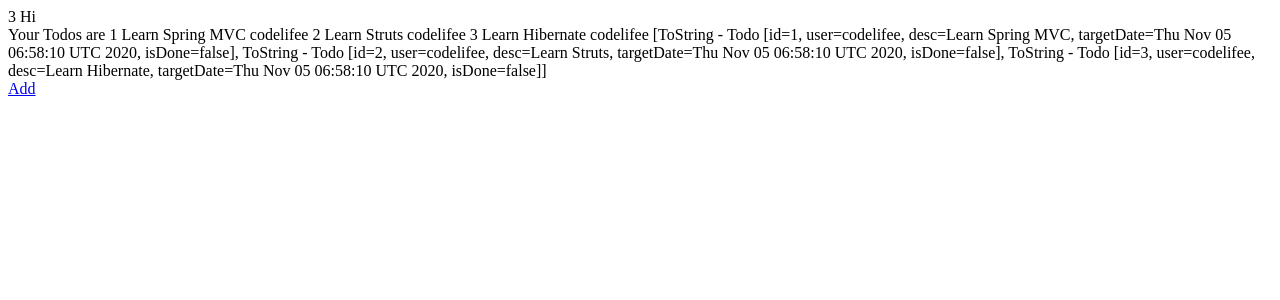
Repository: codelifee/spring-mvc-project
Page: http://localhost/springmvc/list-todos
These files come from the project's save history. The page is drawn as it stood at one moment and after the next save; the edit follows.
The browser window is 1280 px wide. The pictures show the whole page.
The page is served by Tomcat 9. Other server files are loaded and not shown. The template is opened directly, without the code that normally fills it, so the values that code supplies are empty.

Above is the page before, as saved 2020-11-16 04:03:39.

### springmvc/src/main/webapp/WEB-INF/views/list-todos.jsp
<%@ page language="java" contentType="text/html; charset=EUC-KR"
    pageEncoding="EUC-KR"%>
<%@ taglib uri="http://java.sun.com/jsp/jstl/core" prefix="c" %>
<!DOCTYPE html>3
<html>
<head>
<meta charset="EUC-KR">
<title>Insert title here</title>
</head>
<body>
Hi ${name} <br/>

Your Todos are

<!-- for(todo:todos) -->
<c:forEach items="${todos}" var="todo">
	${todo.id} ${todo.desc} ${todo.user}
</c:forEach>
${todos} <br>

<a class="button" href="/add-todo">Add</a>
</body>
</html>

After the next save:
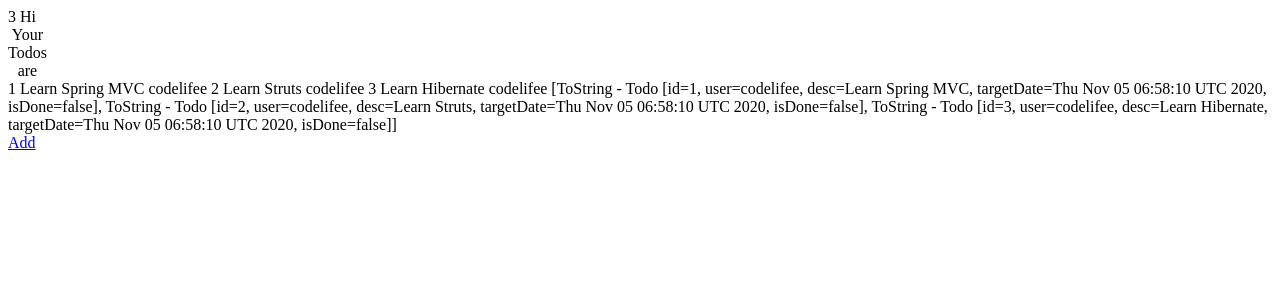
Saved 71 s later.
--- a/springmvc/src/main/webapp/WEB-INF/views/list-todos.jsp
+++ b/springmvc/src/main/webapp/WEB-INF/views/list-todos.jsp
@@ -10,7 +10,22 @@
 <body>
 Hi ${name} <br/>
 
-Your Todos are
+<table>
+	<caption>Your Todos are</caption>
+	<thead>
+		<tr>
+
+		</tr>
+	</thead>
+
+	<tbody>
+		<tr></tr>
+		<tr></tr>
+		<tr></tr>
+		<tr></tr>
+	</tbody>
+</table>
+
 
 <!-- for(todo:todos) -->
 <c:forEach items="${todos}" var="todo">
